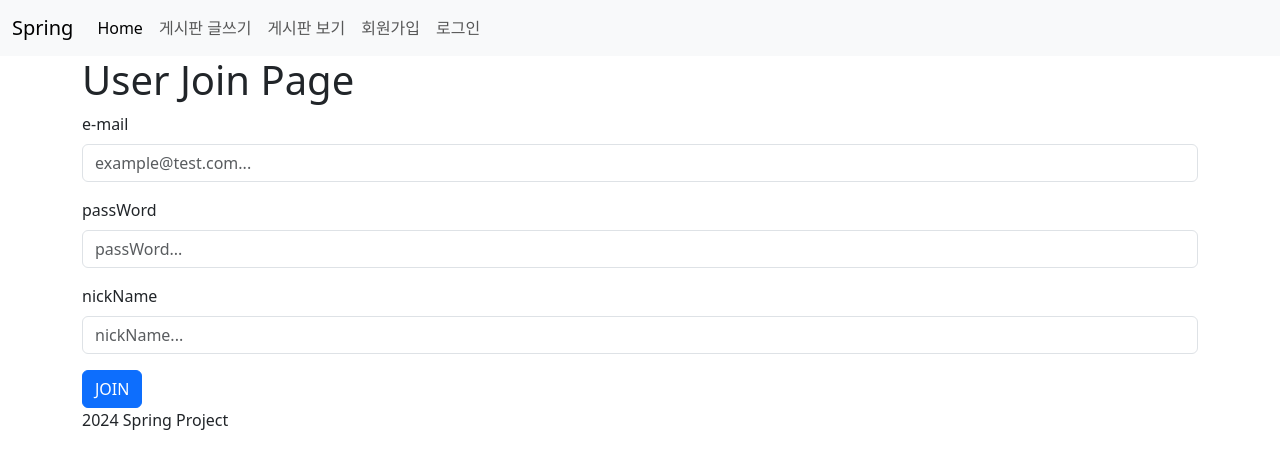
Repository: havanara/240423_SPRING_Project
Page: http://localhost/spring_test2/WEB-INF/views/user/register.jsp
An editor plug-in stored every save of this project. The page is shown before and after the next save, followed by the edit.
The browser window is 1280 px wide. The pictures show the whole page.
The page is served by Tomcat 9. Nobody is signed in. The template is opened directly, without the code that normally fills it, so the values that code supplies are empty.

Above is the page before, as saved 2024-05-08 06:18:00.
Console error: TypeError: Cannot read properties of null (reading 'addEventListener')

After the next save:
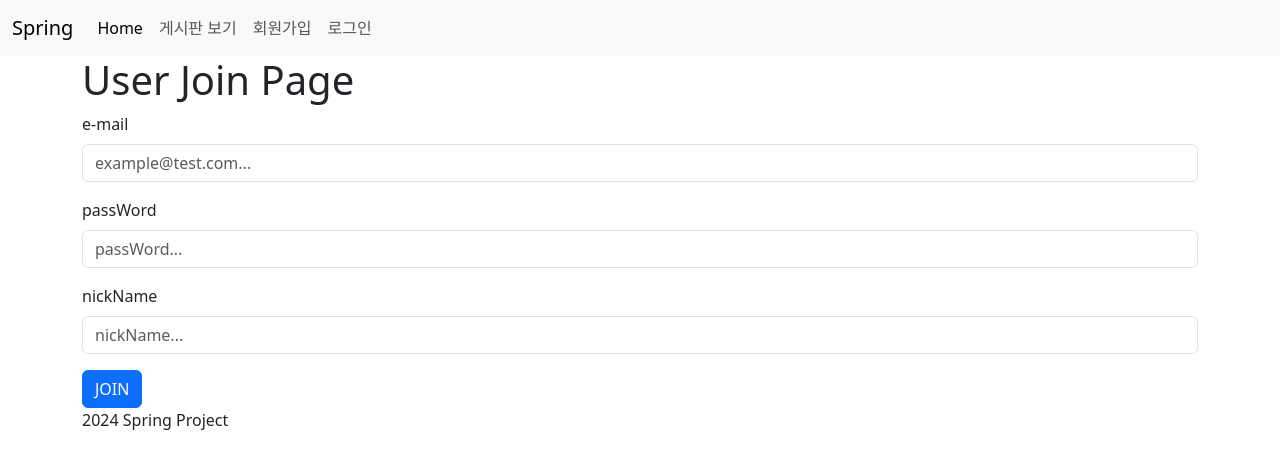
Saved 19 min 46 s later.
--- a/spring_test2/src/main/webapp/WEB-INF/views/layout/header.jsp
+++ b/spring_test2/src/main/webapp/WEB-INF/views/layout/header.jsp
@@ -23,9 +23,6 @@
           <a class="nav-link active" aria-current="page" href="/">Home</a>
         </li>
         <li class="nav-item">
-          <a class="nav-link" href="/board/register">게시판 글쓰기</a>
-        </li>
-        <li class="nav-item">
           <a class="nav-link" href="/board/list">게시판 보기</a>
         </li>
 
@@ -44,7 +41,9 @@
         <sec:authentication property="principal.uvo.email" var="authEmail"/>
         <sec:authentication property="principal.uvo.nickName" var="authNick"/>
         <sec:authentication property="principal.uvo.authList" var="auths"/>
-
+        <li class="nav-item">
+          <a class="nav-link" href="/board/register">게시판 글쓰기</a>
+        </li>
         <c:choose>
         	<c:when test="${auths.stream().anyMatch(authVO -> authVO.auth.equals('ROLE_ADMIN')).get() }">
 		        <li class="nav-item">
